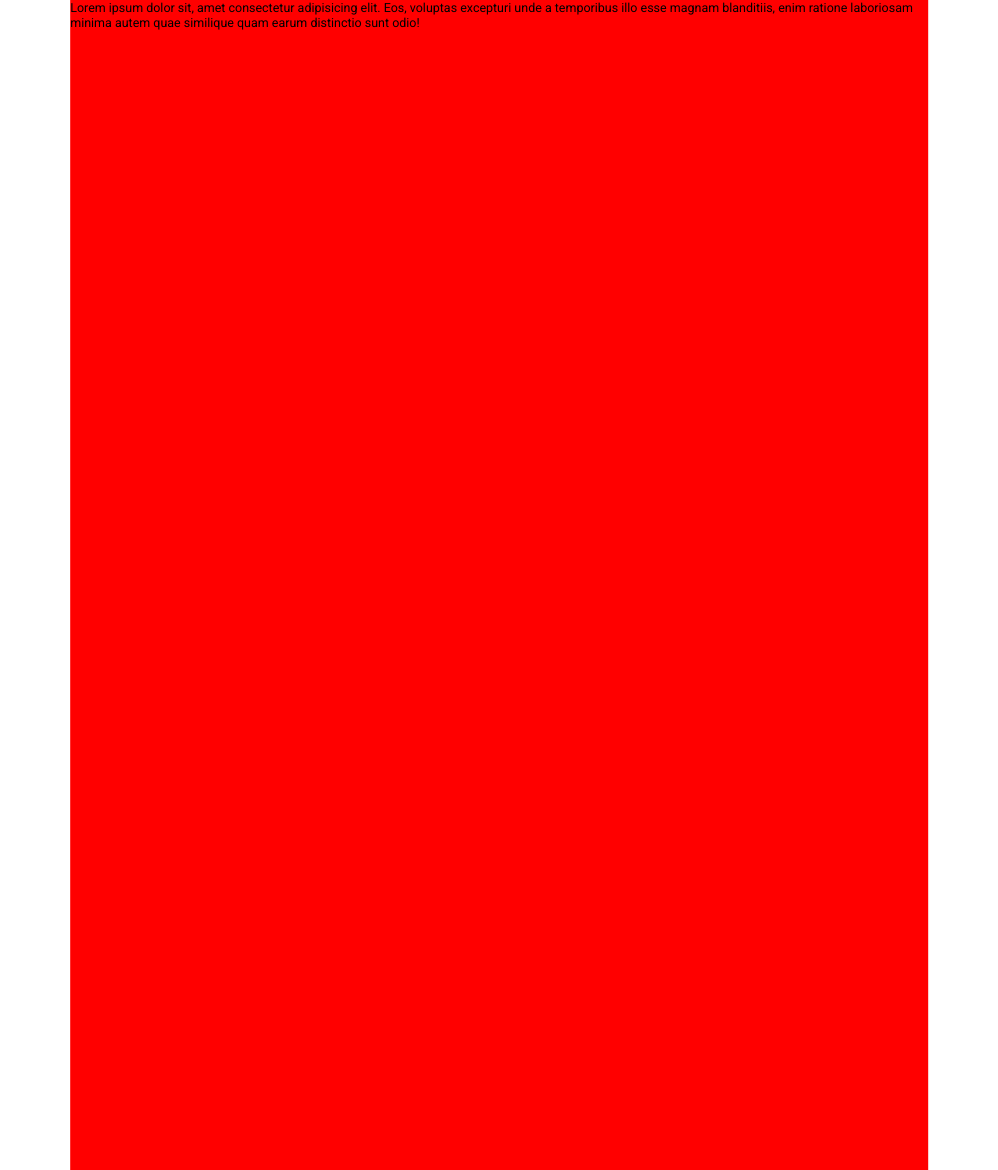
Repository: AmelYahyaoui/journal
Page: index.html
An editor plug-in stored every save of this project. The page is shown before and after the next save, followed by the edit.
The browser window is 1280 px wide. The pictures show the whole page, at 78% of full size.
Some web libraries are served in a nearby version.

Above is the page before, as saved 2024-10-08 13:13:27.

After the next save:
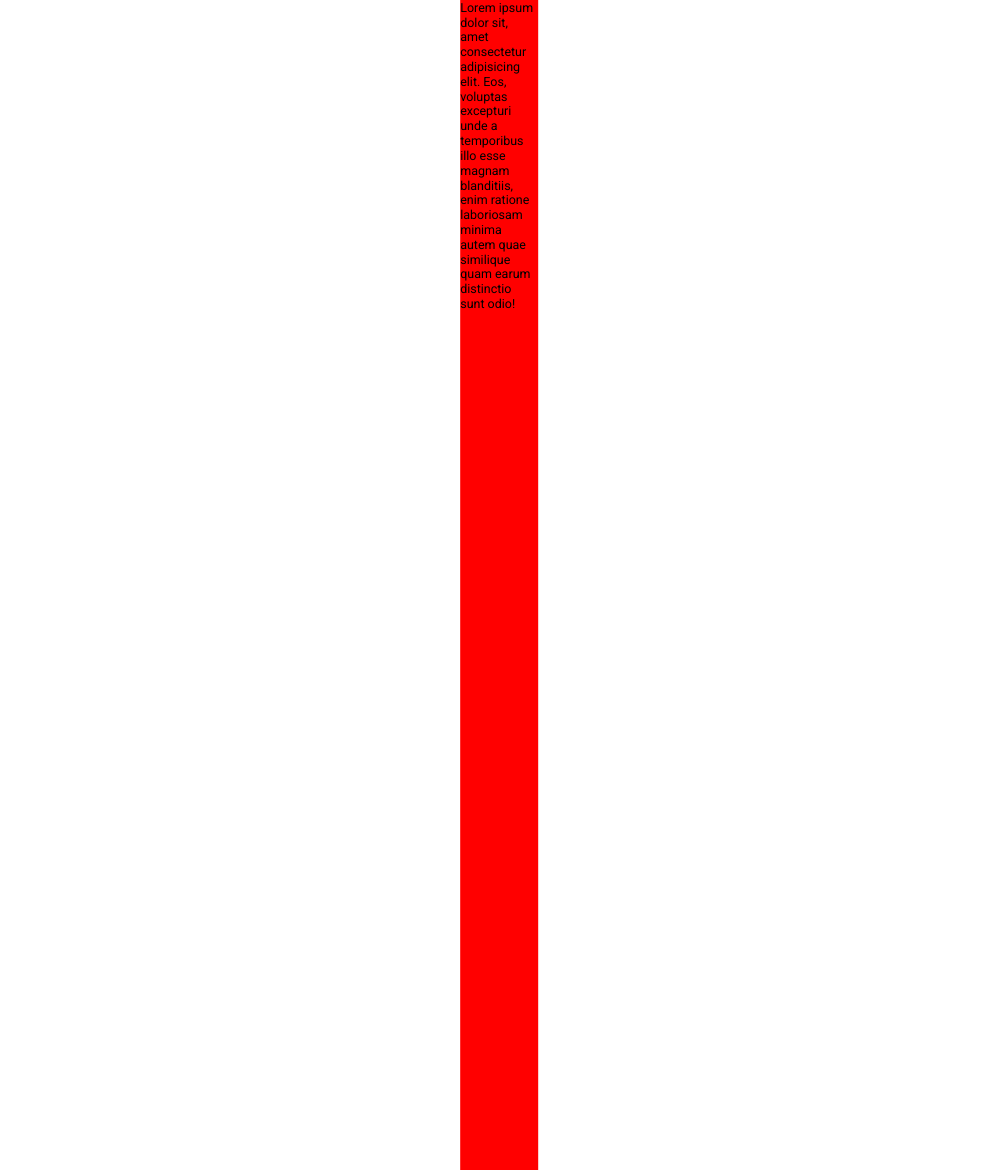
Saved 18 s later.
--- a/css/style.css
+++ b/css/style.css
@@ -51,7 +51,7 @@ ul {
 .container {
   display: block;
   margin: auto;
-  max-width: 1100px;
+  max-width: 100px;
   height: 1500px;
   background-color: red;
 }
